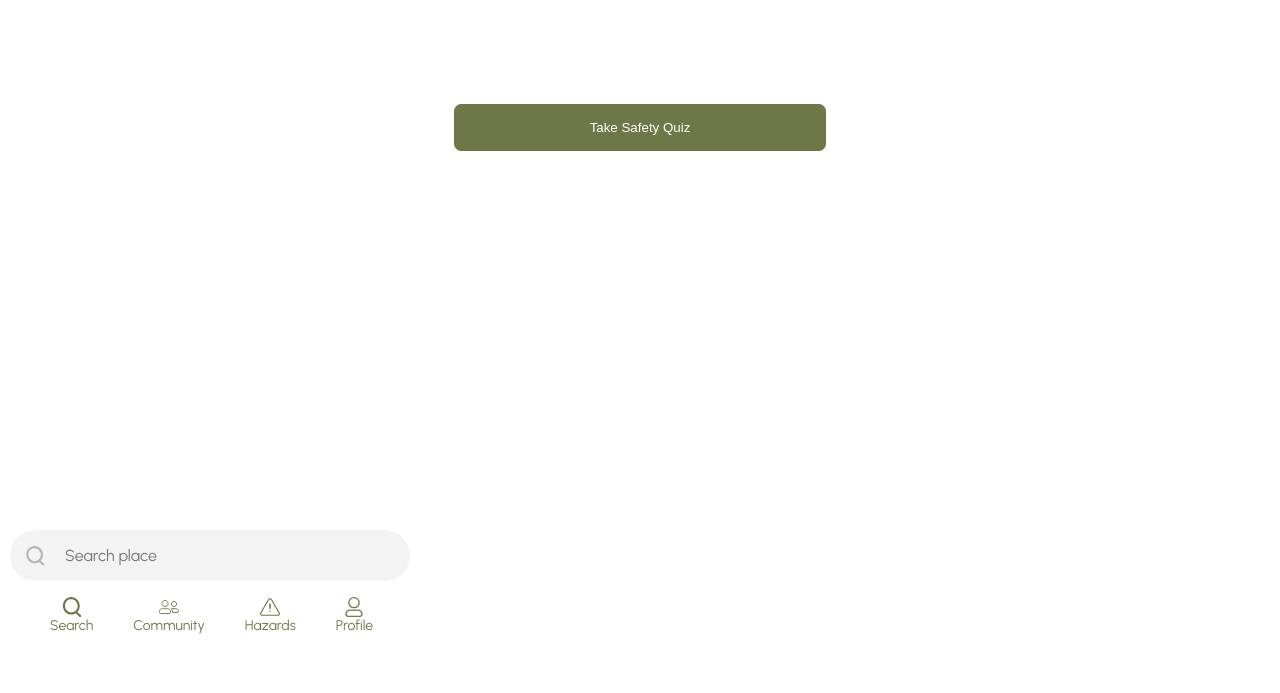
Repository: Aladdin3r/SafeCycle
Page: /
The author's editor kept a copy of each file at every save. The page is drawn from the files as they stood at one save, then again after a run of saves.
The browser window is 1280 px wide. The pictures show the whole page.
The project was rebuilt for these pictures with package versions that can differ from the ones it lists, and the page was loaded fresh each time. The framework's server and built-in components were replaced by stand-ins that run in the browser.

Above is the page before, as saved 2024-04-15 13:08:50.

### pages/index.js
import Head from "next/head";
import styles from "@/styles/Home.module.css";
import Link from 'next/link'
import NavBar from "@/components/NavBar";


export default function Home() {
  return (
    <>
      <Head>
        <title>SafeCycle</title>
        <meta name="description" content="Home Page" />
        <meta name="viewport" content="width=device-width, initial-scale=1" />
        <link rel="icon" href="/favicon3.png" />
      </Head>
      <main className={`${styles.main}`}>

        <Link href="/quiz/questionOne">
          <button  className={styles.button}>Take Safety Quiz</button>
        </Link>
        <NavBar />
      </main>
    </>
  );
}

### styles/globals.css
@import url('https://fonts.googleapis.com/css2?family=Urbanist:wght@300;400;500;600&display=swap');

:root {
  --grey: #F3F3F3;
  --light-grey: #B4B4B4;
  --button-color: #6e7747;
  --button-color-hover: #4d5527;
  --correct: #008000;
  font-family: 'Urbanist', sans-serif;
}

### styles/Home.module.css
.main {
  display: flex;
  flex-direction: column;
  justify-content: space-between;
  align-items: center;
  padding: 6rem;
  min-height: 20vh;
}

.button {
  width: 372px;
  height: 47px;
  background-color: var(--button-color);
  color: white;
  border: 1.5px solid var(--button-color);
  border-radius: 7px;
}
.button:hover{
  width: 372px;
  height: 47px;
  background-color: var(--button-color-hover);
  color: white;
  border: 1.5px solid var(--button-color-hover);
  border-radius: 7px;
}

### components/NavBar/index.js
import nextConfig from '@/next.config.mjs'
import styles from './NavBar.module.css'
import Image from 'next/image'

export default function NavBar() {
    return(
        <div className={`${styles.container} ${styles.navigation}`}>
            <div className={styles.navigation}>
                <form>
                    <div className={styles.search}>
                        <Image className={styles.searchIcon} src="./icons/search.svg" width={20} height={20} />
                        <input className={styles.searchInput} type="search" placeholder='Search place'></input>
                    </div>
                </form>
                <ul>
                    <li className={styles.list}>
                        <Image src="./icons/searchgreen.svg" width={20} height={20} />
                        <a>Search</a>
                    </li>
                    <li className={styles.list}>
                        <Image src="./icons/community.svg" width={20} height={20} />
                        <a>Community</a>
                    </li>
                    <li className={styles.list}>
                        <Image src="./icons/hazard.svg" width={20} height={20} />
                        <a>Hazards</a>
                    </li>
                    <li className={styles.list}>
                        <Image src="./icons/profile.svg" width={20} height={20} />
                        <a>Profile</a>
                    </li>

                </ul>
            </div>
        </div>
    )
}

### components/NavBar/NavBar.module.css
.search {
    flex-grow: 1;
    display: flex;
    justify-content: center;
    align-items: center;
    padding: 15px;
    border-radius: 28px;
    background-color: var(--grey);
}

.searchInput {
    background-color: var(--grey);
    border: none;
    font-size: 16px;
    color: var(--light-grey);
    font-family: 'Urbanist';
    flex-grow: 1;
}

.searchIcon {
    margin-right: 10px;
}

.container {
    display: flex;
    justify-content: end;
    align-items: center;
    position: fixed;
    bottom: 0;
    left: 0;
    width: 100%;
    background-color: white;
    padding: 10px;
}

.search {
    display: flex;
    flex-direction: row;
    gap: 0.5em;
}

.navigation {
    width: 100%;
    max-width: 400px;
    margin-bottom: 30px;
    margin-top: 20px;
}

.navigation ul{
    display: flex;
    flex-direction: row;
    gap: 2.5em;
    list-style-type: none;
    background-color: white;
    color: var(--button-color);
}

.navigation li {
    display: flex;
    flex-direction: column;
    justify-content: center;
    align-items: center;
    font-size: 14px;
}

Loaded but not shown: pages/_app.js (common file); pages/_document.js (common file); next.config.mjs (common file)

After the next 4 saves:
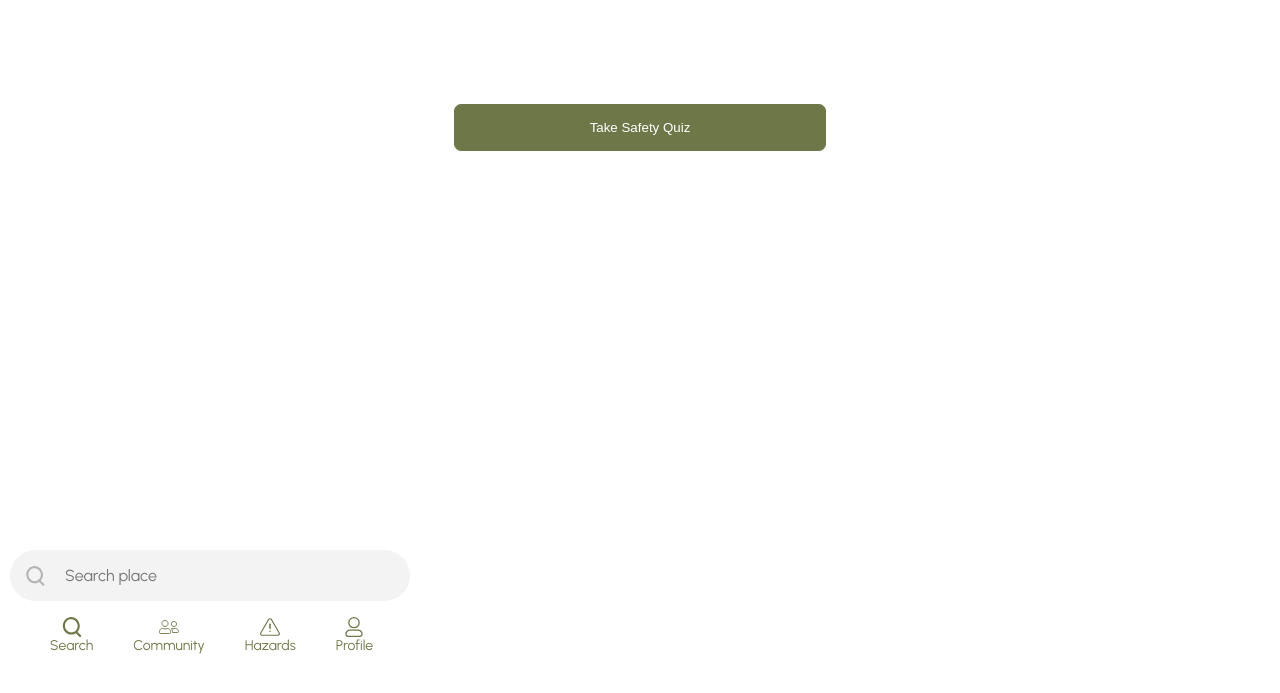
The 4 saves are shown as one change because they came seconds apart.
The last was saved 13 s later.
--- a/components/NavBar/NavBar.module.css
+++ b/components/NavBar/NavBar.module.css
@@ -42,8 +42,7 @@
 .navigation {
     width: 100%;
     max-width: 400px;
-    margin-bottom: 30px;
-    margin-top: 20px;
+    margin-bottom: 20px;
 }
 
 .navigation ul{
